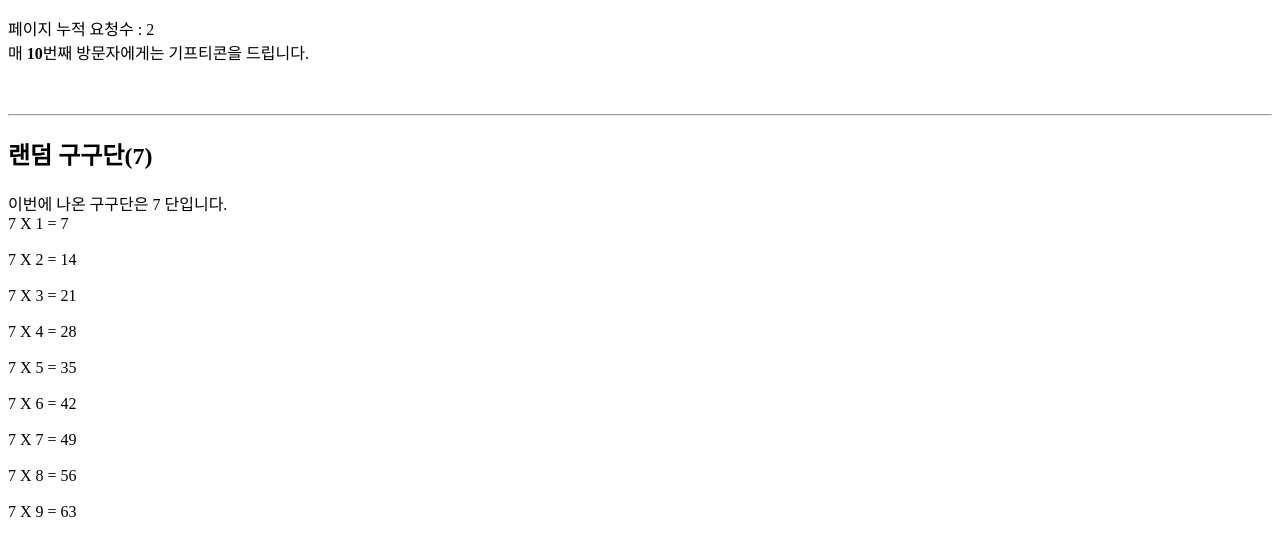
Repository: limbbbyoung/JSP_practice
Page: http://localhost/JSPbasic/jsptag/tag_quiz02.jsp
These files come from the project's save history. The page is drawn as it stood at one moment and after the next save; the edit follows.
The browser window is 1280 px wide. The pictures show the whole page.
The page is served by Tomcat 9.

Above is the page before, as saved 2022-03-23 10:27:41.

After the next save:
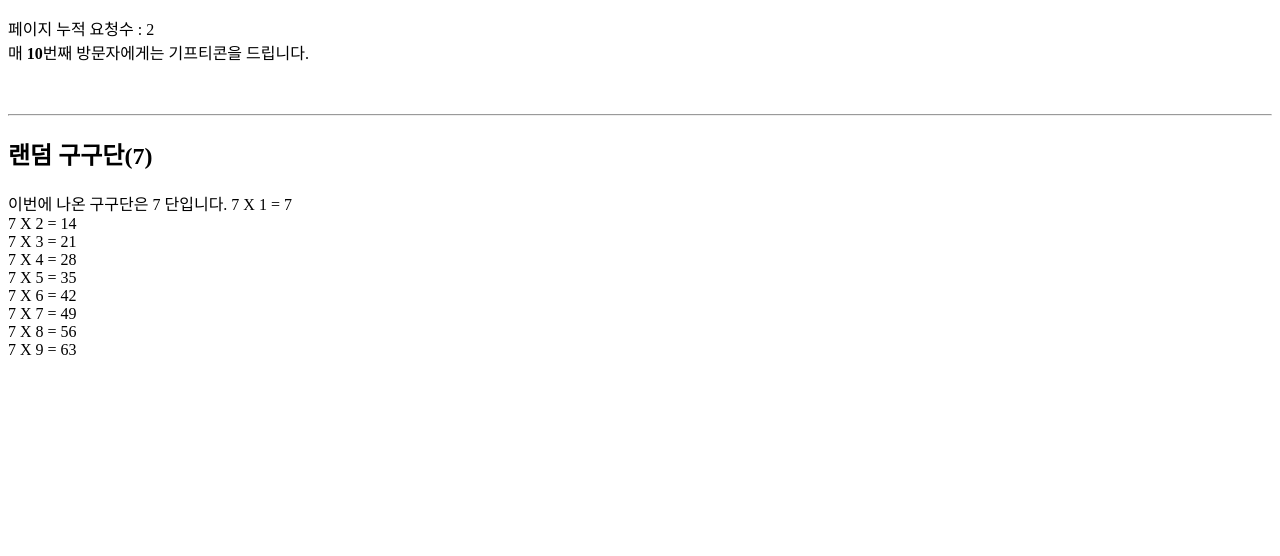
Saved 7 s later.
--- a/JSPbasic/src/main/webapp/jsptag/tag_quiz02.jsp
+++ b/JSPbasic/src/main/webapp/jsptag/tag_quiz02.jsp
@@ -28,7 +28,7 @@
      <hr/>
      <h2>랜덤 구구단(<%= rn %>)</h2>
      이번에 나온 구구단은 <%= rn %> 단입니다.
-     <% for(int i = 1; i < 10; i++){ %> <br/>
+     <% for(int i = 1; i < 10; i++){ %>
     	 <%= rn %> X <%= i %> = <%= rn * i %> <br/>
      <% } %>
      </p>
